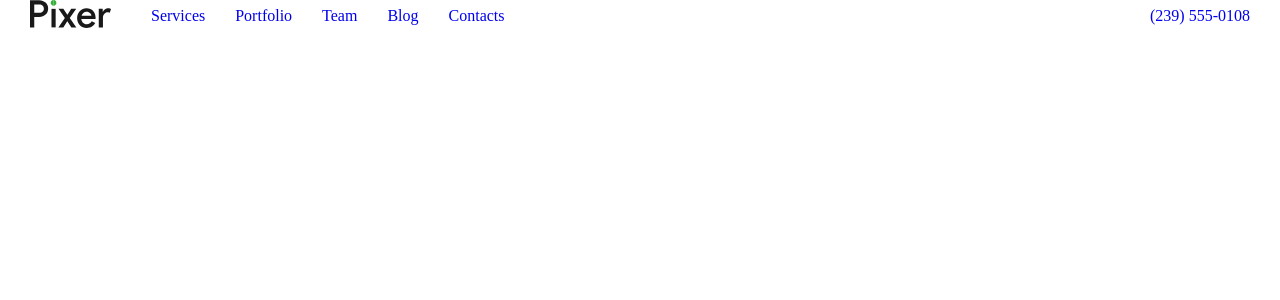
Repository: UlugbekAbdurasulov/pixar
Page: index.html
These files come from the project's save history. The page is drawn as it stood at one moment and after a run of saves; the edit follows.
The browser window is 1280 px wide. The pictures show the whole page.

Above is the page before, as saved 2023-06-04 23:11:28.

### index.html
<!DOCTYPE html>
<html lang="en">
  <head>
    <meta charset="UTF-8" />
    <meta http-equiv="X-UA-Compatible" content="IE=edge" />
    <meta name="viewport" content="width=device-width, initial-scale=1.0" />

    <link rel="stylesheet" href="./css/main.css" />
    <title>Imthon</title>
  </head>
  <body>
    <header class="navbar">
      <div class="container">
        <div class="navbar-box">
          <div class="navvar-right">
            <a href="#"
              ><img
                src="./image/logo.svg"
                width="81"
                height="28"
                alt="pixer campaign lagatip"
            /></a>

            <nav class="navbar-naving">
              <ul class="navvar-helper">
                <li class="navbar-menu"><a href="#">Services</a></li>
                <li class="navbar-menu"><a href="#">Portfolio</a></li>
                <li class="navbar-menu"><a href="#">Team</a></li>
                <li class="navbar-menu"><a href="#">Blog</a></li>
                <li class="navbar-menu"><a href="#">Contacts</a></li>
              </ul>
            </nav>
          </div>
          <div class="navbar-link">
            <a class="navbar-enker" href="tel:2395550108">(239) 555-0108 </a>
          </div>
        </div>
      </div>
    </header>
  </body>
</html>

### css/main.css
/* plus-jakarta-sans-regular - latin */
@font-face {
    font-display: swap; /* Check https://developer.mozilla.org/en-US/docs/Web/CSS/@font-face/font-display for other options. */
    font-family: 'Plus Jakarta Sans';
    font-style: normal;
    font-weight: 400;
    src: url('../fontFamly/plus-jakarta-sans-v7-latin-regular.woff2') format('woff2'); /* Chrome 36+, Opera 23+, Firefox 39+, Safari 12+, iOS 10+ */
    src:    url('../fontFamly/plus-jakarta-sans-v7-latin-regular.woff') format('woff'); /* Chrome 5+, Firefox 3.6+, IE 9+, Safari 5.1+, iOS 5+ */
      }

  @font-face {
    font-display: swap; /* Check https://developer.mozilla.org/en-US/docs/Web/CSS/@font-face/font-display for other options. */
    font-family: 'Plus Jakarta Sans';
    font-style: italic;
    font-weight: 500;
    src:   url('../fontFamly/plus-jakarta-sans-v7-latin-500italic.woff2') format('woff2'); /* Chrome 36+, Opera 23+, Firefox 39+, Safari 12+, iOS 10+ */
    src:   url('../fontFamly/plus-jakarta-sans-v7-latin-500italic.woff') format('woff'); /* Chrome 5+, Firefox 3.6+, IE 9+, Safari 5.1+, iOS 5+ */
       }

  @font-face {
    font-display: swap; /* Check https://developer.mozilla.org/en-US/docs/Web/CSS/@font-face/font-display for other options. */
    font-family: 'Plus Jakarta Sans';
    font-style: normal;
    font-weight: 600;
 src:  url('../fontFamly/plus-jakarta-sans-v7-latin-600.woff2') format('woff2'); /* Chrome 36+, Opera 23+, Firefox 39+, Safari 12+, iOS 10+ */
 src:      url('../fontFamly/plus-jakarta-sans-v7-latin-600.woff') format('woff'); /* Chrome 5+, Firefox 3.6+, IE 9+, Safari 5.1+, iOS 5+ */
      }

  @font-face {
    font-display: swap; /* Check https://developer.mozilla.org/en-US/docs/Web/CSS/@font-face/font-display for other options. */
    font-family: 'Plus Jakarta Sans';
    font-style: normal;
    font-weight: 700;
    src:  url('../fontFamly/plus-jakarta-sans-v7-latin-700.woff2') format('woff2'); /* Chrome 36+, Opera 23+, Firefox 39+, Safari 12+, iOS 10+ */
      src:   url('../fontFamly/plus-jakarta-sans-v7-latin-700.woff') format('woff'); /* Chrome 5+, Firefox 3.6+, IE 9+, Safari 5.1+, iOS 5+ */

  }





* {
    box-sizing: border-box;
    text-decoration: none;
    list-style: none;
  }
  body {
    margin: 0;
    padding: 0;
    background-color: #fff;
  }
  .container {
    width: 1260px;
    margin: 0px auto;
  padding: 0 20px;
  }
.navbar-box{
    display: flex;
    justify-content: space-between;
    align-items: center;
    margin: 0;
}

.navvar-right{
    display: flex;
    justify-content: center;
    align-items: center;
    margin: 0;
}
 .navvar-helper{
    display: flex;
    margin: 0;
 }
.navbar-menu{
    margin-right: 30px;
}
.navbar-enker{
    margin: auto right;
}

### image/logo.svg
<svg width="81" height="28" viewBox="0 0 81 28" fill="none" xmlns="http://www.w3.org/2000/svg">
<path d="M0 27.3919V0.303287H9.34316C10.5077 0.295204 11.664 0.499932 12.7556 0.907471C13.7897 1.29072 14.742 1.86772 15.5618 2.6078C16.3947 3.36821 17.057 4.29789 17.5046 5.3351C17.9523 6.3723 18.175 7.49328 18.158 8.62358C18.1698 9.74744 17.9445 10.8611 17.497 11.8913C17.0496 12.9215 16.39 13.8449 15.5618 14.6008C14.7422 15.3412 13.7899 15.9182 12.7556 16.3011C11.6648 16.7088 10.5093 16.9139 9.34542 16.9065H4.25674V27.3862L0 27.3919ZM9.45604 12.8257C10.1017 12.8382 10.7431 12.7171 11.34 12.4697C11.8662 12.2485 12.3409 11.92 12.7341 11.5051C13.1055 11.1105 13.3993 10.649 13.5999 10.1448C13.7961 9.66446 13.8984 9.15069 13.9013 8.63152C13.8979 7.55157 13.4798 6.51456 12.7341 5.73642C12.3077 5.30129 11.7976 4.95789 11.2348 4.72715C10.672 4.49641 10.0684 4.38315 9.46056 4.39429H4.25674V12.8302L9.45604 12.8257Z" fill="#191919"/>
<path d="M21.4734 8.85371V27.3919H25.6556V8.85371H21.4734Z" fill="#191919"/>
<path d="M26.3611 2.83451C26.3674 3.20623 26.2989 3.57538 26.1598 3.91992C26.0208 4.26446 25.814 4.57731 25.5518 4.83977C25.2975 5.10879 24.9903 5.32169 24.6496 5.46494C24.3089 5.60819 23.9422 5.67864 23.573 5.6718V0.000627874C23.9422 -0.00592918 24.3088 0.0646457 24.6494 0.207876C24.9901 0.351106 25.2973 0.563865 25.5518 0.832657C25.8134 1.09484 26.0199 1.40716 26.1589 1.75105C26.2979 2.09495 26.3667 2.4634 26.3611 2.83451Z" fill="#35AF39"/>
<path d="M23.5696 0.000636352V5.67521C23.1955 5.68389 22.8238 5.61441 22.4779 5.47118C22.132 5.32795 21.8195 5.11409 21.5603 4.84318C21.2969 4.58076 21.0891 4.26751 20.9494 3.92231C20.8097 3.5771 20.7411 3.20708 20.7475 2.83452C20.7422 2.46314 20.8114 2.09449 20.9511 1.75055C21.0907 1.40662 21.2979 1.09445 21.5603 0.832666C21.8199 0.562198 22.1324 0.34864 22.4782 0.205443C22.824 0.0622456 23.1956 -0.00748732 23.5696 0.000636352Z" fill="#35AF39"/>
<path d="M34.8486 17.9709L28.481 8.85371H33.3417L37.3343 14.7176H37.4471L41.1722 8.85371H46.2203L39.7781 17.9709L46.3331 27.3919H41.3664L37.3726 21.3387H37.2598L33.2999 27.3919H28.3681L34.8486 17.9709Z" fill="#191919"/>
<path d="M65.2893 22.9653C64.4947 24.4194 63.3552 25.654 61.9717 26.5598C60.5419 27.5196 58.7843 27.9995 56.699 27.9995C55.3882 28.0133 54.088 27.7623 52.8757 27.2615C51.7354 26.7889 50.7032 26.0872 49.8426 25.1996C48.9783 24.302 48.2996 23.2413 47.8458 22.0789C47.3571 20.8192 47.1142 19.4769 47.1301 18.1251C47.1227 16.8268 47.3523 15.5382 47.8074 14.3231C48.2358 13.1637 48.8815 12.0975 49.7094 11.182C50.5737 10.2405 51.6261 9.49271 52.7979 8.98757C53.9696 8.48244 55.2344 8.23133 56.5094 8.25066C57.9392 8.25066 59.214 8.49022 60.3338 8.96934C61.4151 9.42349 62.3856 10.1076 63.1784 10.9746C63.9808 11.8743 64.5899 12.9305 64.9676 14.0771C65.3926 15.3558 65.6028 16.6966 65.5895 18.0446V18.3846C65.5654 18.4964 65.5526 18.6104 65.5512 18.7247C65.5266 18.8237 65.514 18.9253 65.5139 19.0274H51.3123C51.3651 19.8327 51.583 20.6185 51.9524 21.3353C52.2761 21.9571 52.7174 22.5096 53.2516 22.9619C53.7568 23.3856 54.3391 23.7067 54.9663 23.9073C55.562 24.1045 56.1847 24.2066 56.8119 24.21C58.016 24.21 59.0082 23.9202 59.7886 23.3405C60.5665 22.7601 61.2192 22.0274 61.7075 21.1868L65.2893 22.9653ZM61.4073 15.8149C61.3409 15.3791 61.2207 14.9534 61.0495 14.5476C60.85 14.0652 60.5555 13.6284 60.1837 13.2632C59.7461 12.8402 59.2354 12.5006 58.6767 12.2612C58.0619 11.9838 57.315 11.8452 56.436 11.8452C55.2319 11.8452 54.1957 12.2045 53.3273 12.9232C52.4588 13.6418 51.8749 14.6057 51.5753 15.8149H61.4073Z" fill="#191919"/>
<path d="M68.7547 8.85369H72.7055V11.6536H72.9313C73.1688 11.1616 73.4819 10.7102 73.8591 10.316C74.247 9.89965 74.6912 9.54019 75.1787 9.24817C75.6682 8.95657 76.186 8.71577 76.7241 8.5295C77.226 8.34898 77.7544 8.25397 78.2875 8.24837C78.8074 8.23859 79.3264 8.29612 79.8317 8.41954C80.2394 8.52653 80.632 8.68498 81 8.8911L79.7944 12.7123C79.4992 12.5808 79.1891 12.4856 78.8711 12.4289C78.4668 12.3607 78.0573 12.3288 77.6474 12.3337C77.0015 12.3262 76.3626 12.4698 75.7815 12.7531C75.2163 13.0321 74.7108 13.4195 74.2937 13.8935C73.8555 14.3945 73.5168 14.9752 73.2959 15.604C73.0551 16.2746 72.9339 16.9826 72.938 17.6954V27.3918H68.7614L68.7547 8.85369Z" fill="#191919"/>
</svg>

After the next 5 saves:
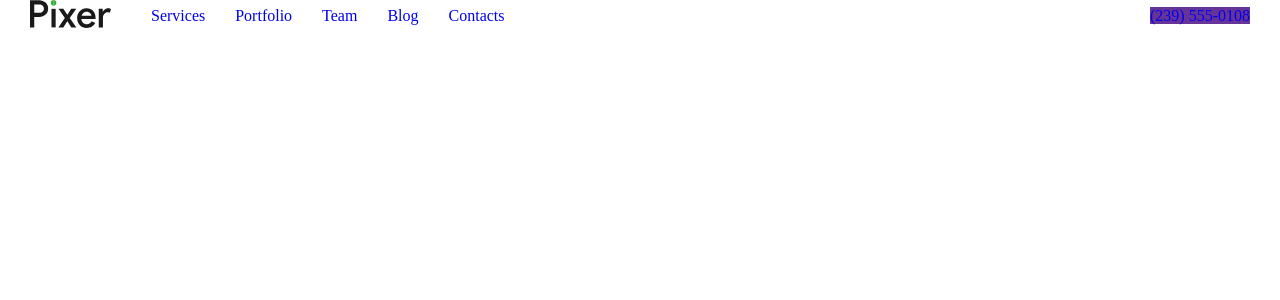
The 5 saves are shown as one change because they came seconds apart.
The last was saved 19 s later.
--- a/css/main.css
+++ b/css/main.css
@@ -77,4 +77,5 @@
 }
 .navbar-enker{
     margin: auto right;
+    background-color:rebeccapurple;
 }
